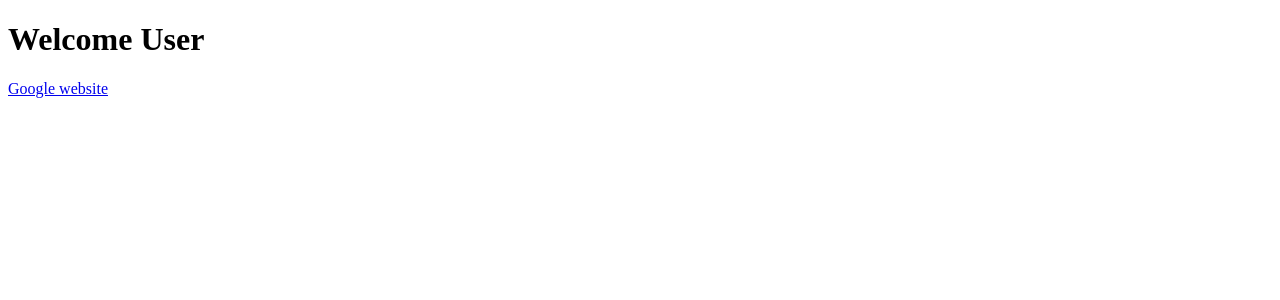
Repository: MarkFernandes11/Advanced-Java
Page: http://localhost/LoginPage1/Success.jsp
These files come from the project's save history. The page is drawn as it stood at one moment and after the next save; the edit follows.
The browser window is 1280 px wide. The pictures show the whole page.
The page is served by Tomcat 9.

Above is the page before, as saved 2019-09-23 11:22:35.

After the next save:
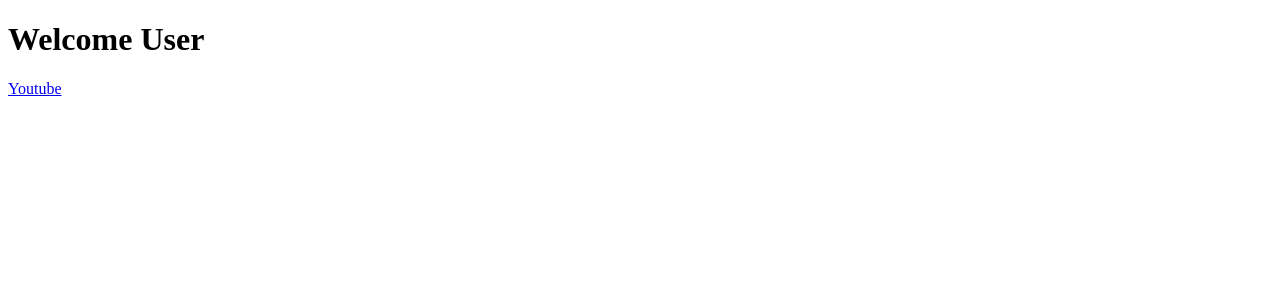
Saved 117 s later.
--- a/LoginPage1/WebContent/Success.jsp
+++ b/LoginPage1/WebContent/Success.jsp
@@ -8,6 +8,6 @@
 </head>
 <body>
 	<h1>Welcome User</h1>
-	<a href = "registration.jsp">Google website</a>
+	<a href = "https://www.youtube.com">Youtube</a>
 </body>
 </html>
